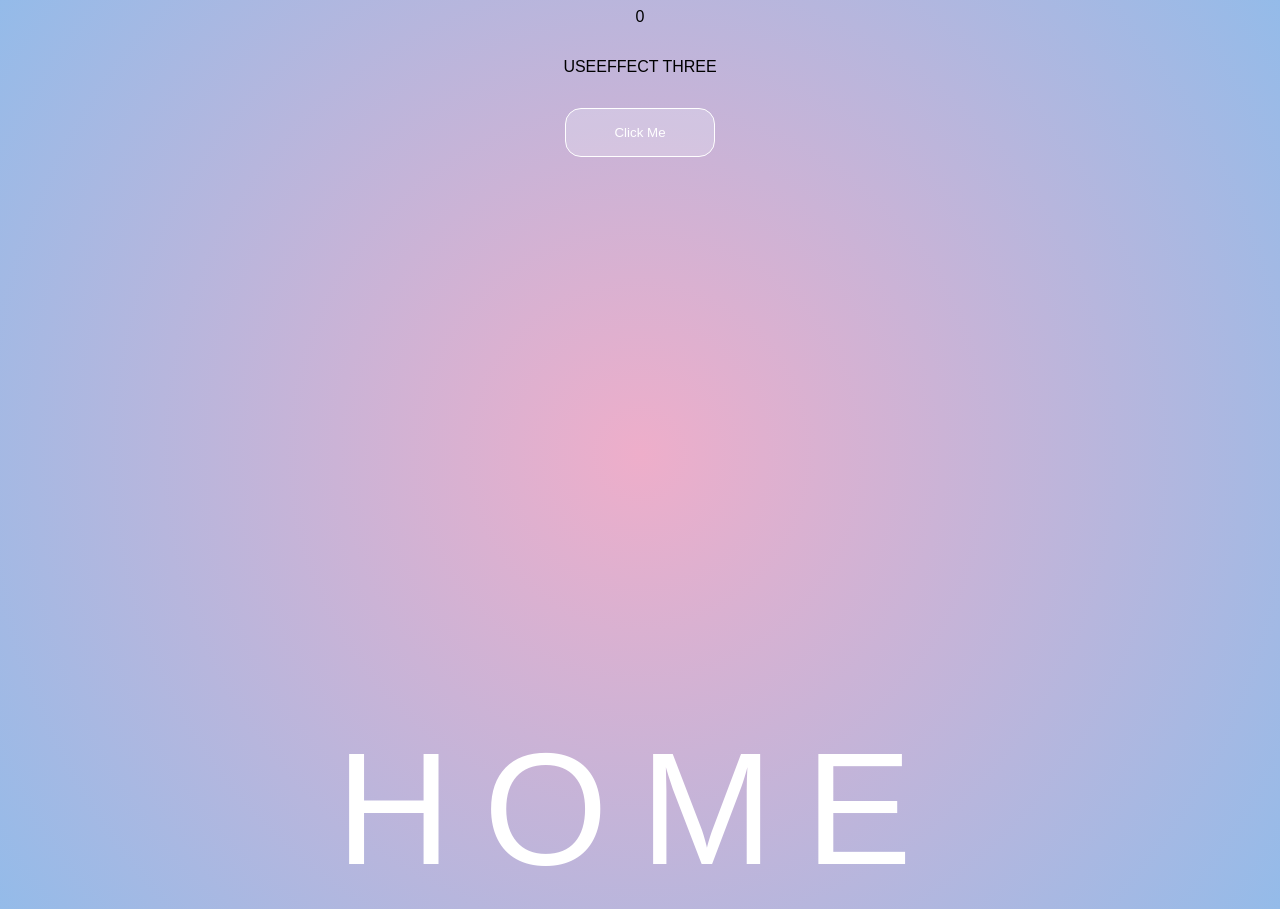
Repository: juliet-jskim/week-8-useEffect-carousel
Page: /useEffectThree
The author's editor kept a copy of each file at every save. The page is drawn from the files as they stood at one save, then again after the next save.
The browser window is 1280 px wide. The pictures show the whole page.
The project was rebuilt for these pictures with package versions that can differ from the ones it lists, and the page was loaded fresh each time. The framework's server and built-in components were replaced by stand-ins that run in the browser. Also part of the build but not shown: next.config.js.

Above is the page before, as saved 2023-02-20 23:17:22.

### pages/useEffectThree.js
import { useEffect, useState } from "react"
import Link from "next/link";
import styles from "@/styles/UseEffectThree.module.css"


export default function UseEffectThree() {
    const [number, setNumber] = useState(0);

    const [value, setValue] = useState(-10);

    useEffect(()=> {
        setValue(value + 10)
    }, [number])

    return(
        <>
        <main className={styles.main_container}>
            <div className={styles.home_link}>
                <Link  style={{ textDecoration: 'none',  color: 'white' }} href="/">Home</Link>
            </div>
            <div className={styles.use_effect_three}>
                    <div>
                    <button className={ styles.button} style={{ borderRadius: "1rem",  color: 'white',backgroundColor: 'rgba(240, 248, 255, 0.24)' }} onClick={() => setNumber(number +1)}>Click Me</button>
                    </div>
                    <div>
                        UseEffect Three
                    </div>
                    <div>
                        {value}
                    </div>
            </div>

        </main>

        </>
    )
}

### styles/globals.css
:root {
  /** add colors you want to add to all the pages here**/
  background: rgb(238,174,202);
  background: radial-gradient(circle, rgba(238,174,202,1) 0%, rgba(148,187,233,1) 100%);

}

### styles/UseEffectThree.module.css
.main_container{
    display: flex;
    flex-direction: column-reverse;
    justify-content: center;
    align-items: center;


}

.home_link{
    font-size: 10rem;
    text-transform: uppercase;
    font-family: Arial, Helvetica, sans-serif;
    writing-mode: horizontal-tb;
    letter-spacing: 2rem;
    margin-top: 25rem;
}

.use_effect_three{
    text-transform: uppercase;
    font-family: Arial, Helvetica, sans-serif;
    display: flex;
    flex-direction: column-reverse;
    justify-content: center;
    align-items: center;
    gap: 2rem;

}

.button{
    background-color: rgba(240, 248, 255, 0.24);
    border: 1px solid white;
    padding: 1rem 3rem;
    margin-bottom: 10rem;
}

Loaded but not shown: pages/_app.js (common file); pages/_document.js (common file)

After the next save:
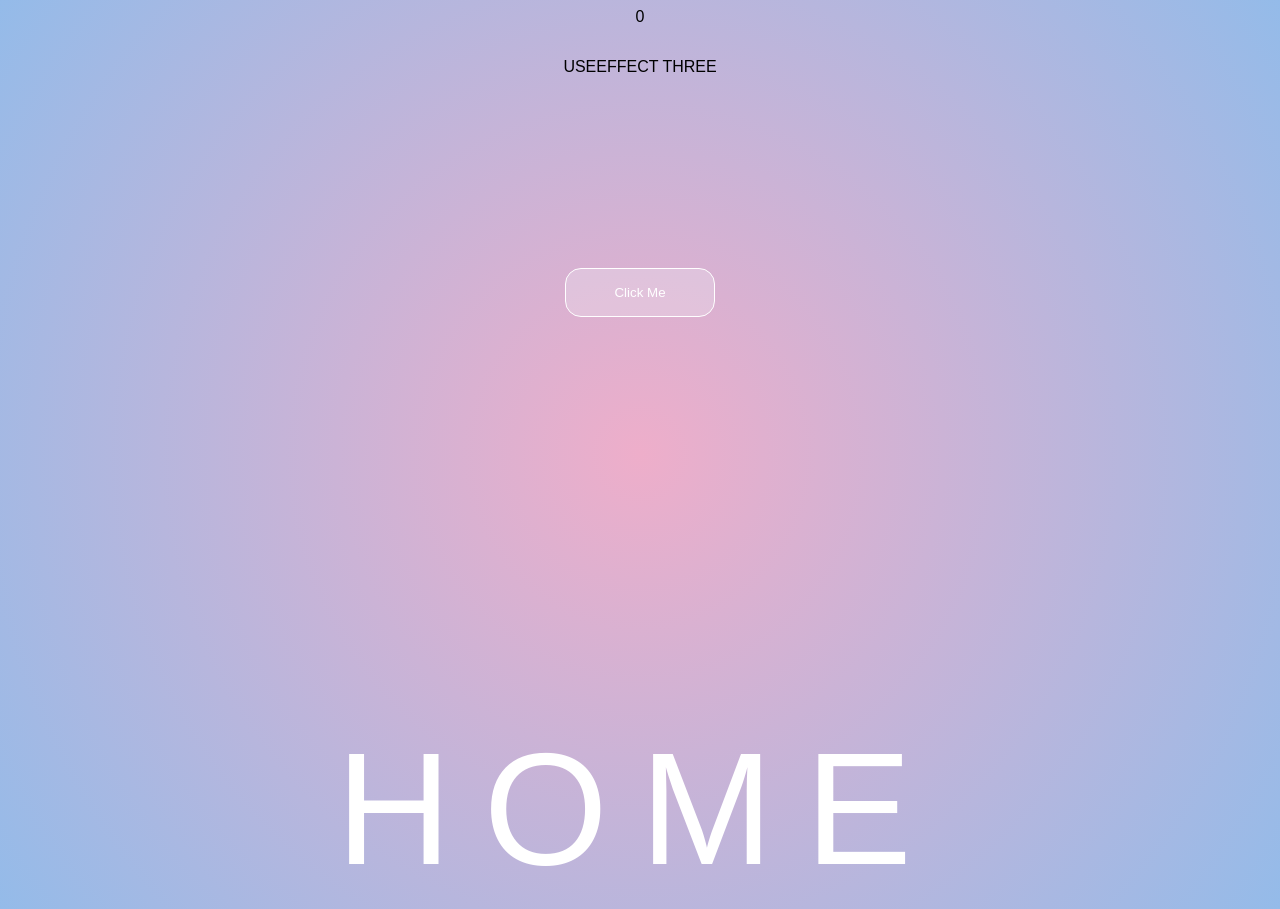
Saved 6 s later.
--- a/styles/UseEffectThree.module.css
+++ b/styles/UseEffectThree.module.css
@@ -31,5 +31,5 @@
     background-color: rgba(240, 248, 255, 0.24);
     border: 1px solid white;
     padding: 1rem 3rem;
-    margin-bottom: 10rem;
+    margin-top: 10rem;
 }
